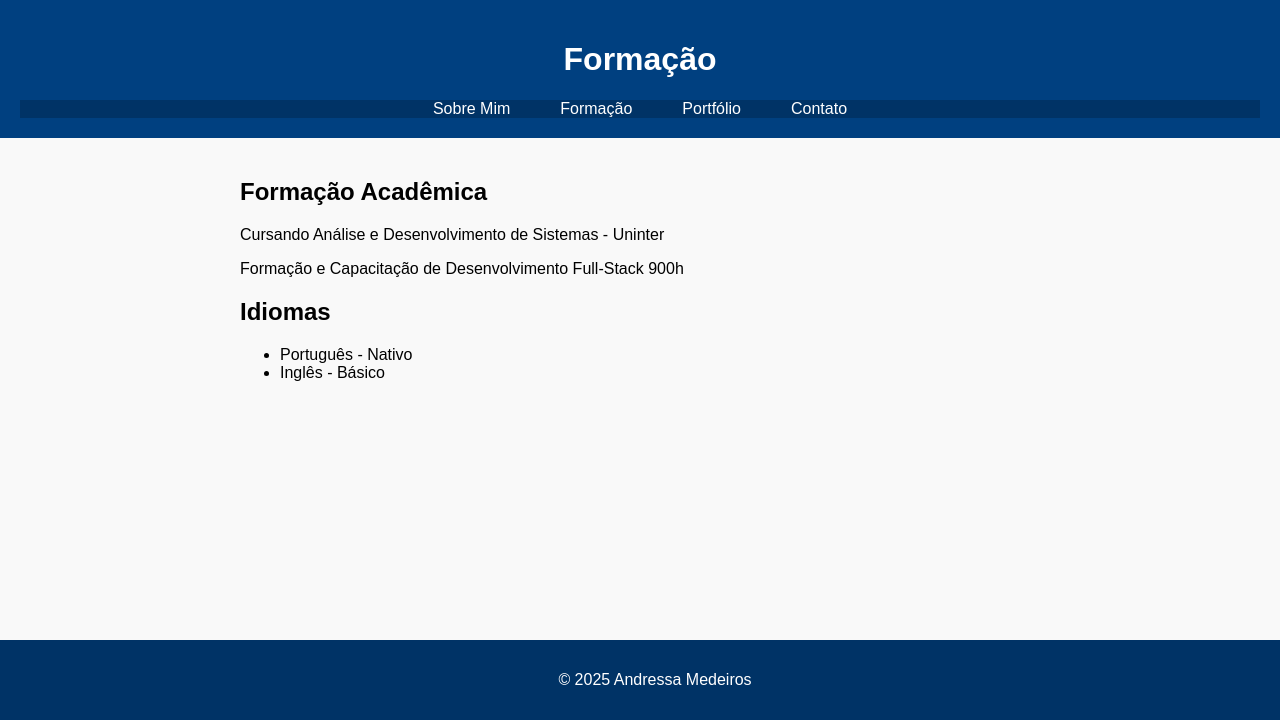
Repository: andressasmedeiros/exercicio-site-basico
Page: formacao.html
The author's editor kept a copy of each file at every save. The page is drawn from the files as they stood at one save, then again after the next save.
The browser window is 1280 px wide. The pictures show the whole page.

Above is the page before, as saved 2025-06-26 16:49:37.

### formacao.html
<!DOCTYPE html>
<html lang="pt-BR">
<head>
  <meta charset="UTF-8" />
  <title>Formação</title>
  <link rel="stylesheet" href="./CSS/style.css" />
</head>
<body>
  <header>
    <h1>Formação</h1>
    <nav>
      <ul>
        <li><a href="index.html">Sobre Mim</a></li>
        <li><a href="formacao.html">Formação</a></li>
        <li><a href="portfolio.html">Portfólio</a></li>
        <li><a href="contato.html">Contato</a></li>
      </ul>
    </nav>
  </header>

  <main>
    <section>
      <h2>Formação Acadêmica</h2>
      <p>Cursando Análise e Desenvolvimento de Sistemas - Uninter</p>
      <p>Formação e Capacitação de Desenvolvimento Full-Stack 900h</p>
      <h2>Idiomas</h2>
      <ul>
        <li>Português - Nativo</li>
        <li>Inglês - Básico</li>
      </ul>
    </section>
  </main>

  <footer>
    <p>&copy; 2025 Andressa Medeiros</p>
  </footer>
</body>
</html>

### CSS/style.css
body {
  font-family: Arial, sans-serif;
  margin: 0;
  padding: 0;
  background: #f9f9f9;
}

header {
  background: #004080;
  color: white;
  padding: 20px;
  text-align: center;
}

nav ul {
  list-style: none;
  padding: 0;
  background: #003366;
  margin: 0;
  display: flex;
  justify-content: center;
}

nav ul li {
  margin: 0 15px;
}

nav ul li a {
  color: white;
  text-decoration: none;
  padding: 10px;
}

nav ul li a:hover {
  background: #0055aa;
  border-radius: 4px;
}

main {
  padding: 20px;
  max-width: 800px;
  margin: auto;
}

footer {
  background: #003366;
  color: white;
  text-align: center;
  padding: 15px;
  position: fixed;
  bottom: 0;
  width: 100%;
}

form input, form textarea {
  width: 100%;
  padding: 8px;
  margin-top: 5px;
  margin-bottom: 10px;
  border: 1px solid #ccc;
  border-radius: 4px;
}

button {
  background-color: #004080;
  color: white;
  border: none;
  padding: 10px 15px;
  cursor: pointer;
  border-radius: 4px;
}

button:hover {
  background-color: #0066cc;
}

.portfolio-container {
  display: flex;
  gap: 20px; /* Espaço entre cards */
  flex-wrap: wrap; /* Para quebra em telas menores */
}

.card {
  background: white; /* Fundo branco */
  padding: 15px;
  border-radius: 8px;
  box-shadow: 0 0 8px rgba(0,0,0,0.1);
  flex: 1 1 320px; /* Largura mínima de 320px, flexível */
  max-width: 320px;
  display: flex;
  flex-direction: column;
  align-items: center;
}

.card video {
  width: 100%;  /* Vídeo ocupa toda a largura do card */
  height: auto; /* Altura automática para manter proporção */
  border-radius: 5px;
  margin-bottom: 10px;
}
    .card a {
      display: inline-block;
      margin-top: 10px;
      color: #004080;
      font-weight: bold;
      text-decoration: none;
    }

    .card a:hover {
      color: #0066cc;
    }

After the next save:
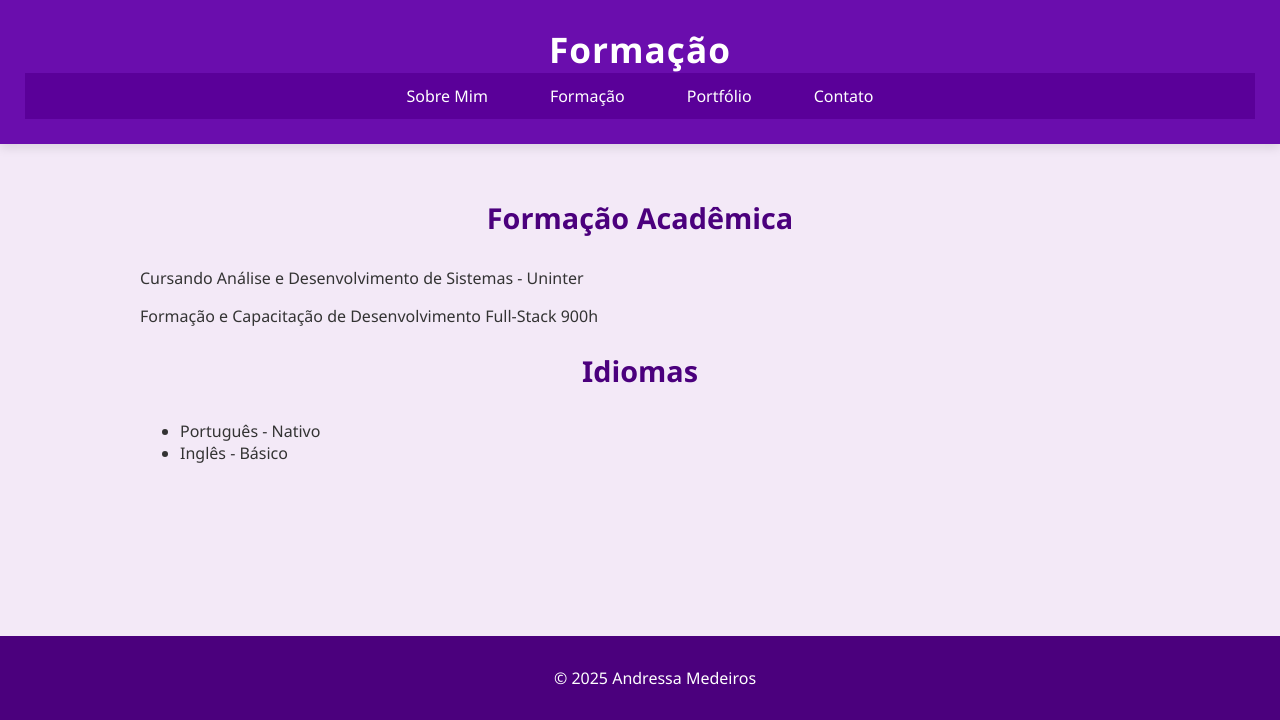
Saved 57 s later.
--- a/CSS/style.css
+++ b/CSS/style.css
@@ -1,22 +1,33 @@
+/* Fonte e fundo geral */
 body {
-  font-family: Arial, sans-serif;
+  font-family: 'Segoe UI', Tahoma, Geneva, Verdana, sans-serif;
   margin: 0;
   padding: 0;
-  background: #f9f9f9;
+  background: #f3e9f7;
+  color: #333;
 }
 
+/* Cabeçalho */
 header {
-  background: #004080;
+  background: #6a0dad;
   color: white;
-  padding: 20px;
+  padding: 25px;
   text-align: center;
+  box-shadow: 0 4px 10px rgba(0, 0, 0, 0.1);
 }
 
+header h1 {
+  margin: 0;
+  font-size: 2.2em;
+  letter-spacing: 1px;
+}
+
+/* Menu de navegação */
 nav ul {
   list-style: none;
   padding: 0;
-  background: #003366;
   margin: 0;
+  background: #5a0099;
   display: flex;
   justify-content: center;
 }
@@ -28,22 +39,34 @@ nav ul li {
 nav ul li a {
   color: white;
   text-decoration: none;
-  padding: 10px;
+  padding: 12px 16px;
+  display: inline-block;
+  transition: background 0.3s, transform 0.2s;
+  border-radius: 4px;
 }
 
 nav ul li a:hover {
-  background: #0055aa;
-  border-radius: 4px;
+  background: #7d26cd;
+  transform: scale(1.05);
 }
 
+/* Área principal */
 main {
-  padding: 20px;
-  max-width: 800px;
+  padding: 30px 20px 60px;
+  max-width: 1000px;
   margin: auto;
 }
 
+main h2 {
+  text-align: center;
+  font-size: 1.8em;
+  color: #4b007d;
+  margin-bottom: 30px;
+}
+
+/* Rodapé fixo */
 footer {
-  background: #003366;
+  background: #4b007d;
   color: white;
   text-align: center;
   padding: 15px;
@@ -52,60 +75,76 @@ footer {
   width: 100%;
 }
 
+/* Formulário (para página de contato) */
 form input, form textarea {
   width: 100%;
-  padding: 8px;
-  margin-top: 5px;
-  margin-bottom: 10px;
+  padding: 10px;
+  margin-top: 8px;
+  margin-bottom: 15px;
   border: 1px solid #ccc;
-  border-radius: 4px;
+  border-radius: 6px;
+  font-size: 1em;
 }
 
 button {
-  background-color: #004080;
+  background-color: #6a0dad;
   color: white;
   border: none;
-  padding: 10px 15px;
+  padding: 10px 20px;
   cursor: pointer;
-  border-radius: 4px;
+  border-radius: 6px;
+  font-weight: bold;
+  transition: background-color 0.3s;
 }
 
 button:hover {
-  background-color: #0066cc;
+  background-color: #8520c4;
 }
 
+/* Cards do portfólio */
 .portfolio-container {
   display: flex;
-  gap: 20px; /* Espaço entre cards */
-  flex-wrap: wrap; /* Para quebra em telas menores */
+  gap: 25px;
+  flex-wrap: wrap;
+  justify-content: center;
 }
 
 .card {
-  background: white; /* Fundo branco */
-  padding: 15px;
-  border-radius: 8px;
-  box-shadow: 0 0 8px rgba(0,0,0,0.1);
-  flex: 1 1 320px; /* Largura mínima de 320px, flexível */
+  background: white;
+  padding: 18px;
+  border-radius: 12px;
+  box-shadow: 0 4px 15px rgba(0, 0, 0, 0.1);
+  flex: 1 1 300px;
   max-width: 320px;
   display: flex;
   flex-direction: column;
   align-items: center;
+  transition: transform 0.3s, box-shadow 0.3s;
 }
 
+.card:hover {
+  transform: translateY(-5px);
+  box-shadow: 0 8px 18px rgba(0, 0, 0, 0.15);
+}
+
+/* Vídeos responsivos */
 .card video {
-  width: 100%;  /* Vídeo ocupa toda a largura do card */
-  height: auto; /* Altura automática para manter proporção */
-  border-radius: 5px;
-  margin-bottom: 10px;
+  width: 100%;
+  height: auto;
+  border-radius: 8px;
+  margin-bottom: 12px;
 }
-    .card a {
-      display: inline-block;
-      margin-top: 10px;
-      color: #004080;
-      font-weight: bold;
-      text-decoration: none;
-    }
 
-    .card a:hover {
-      color: #0066cc;
-    }
+/* Link do GitHub */
+.card a {
+  display: inline-block;
+  margin-top: 10px;
+  color: #6a0dad;
+  font-weight: bold;
+  text-decoration: none;
+  transition: color 0.3s;
+}
+
+.card a:hover {
+  color: #a64dff;
+}
